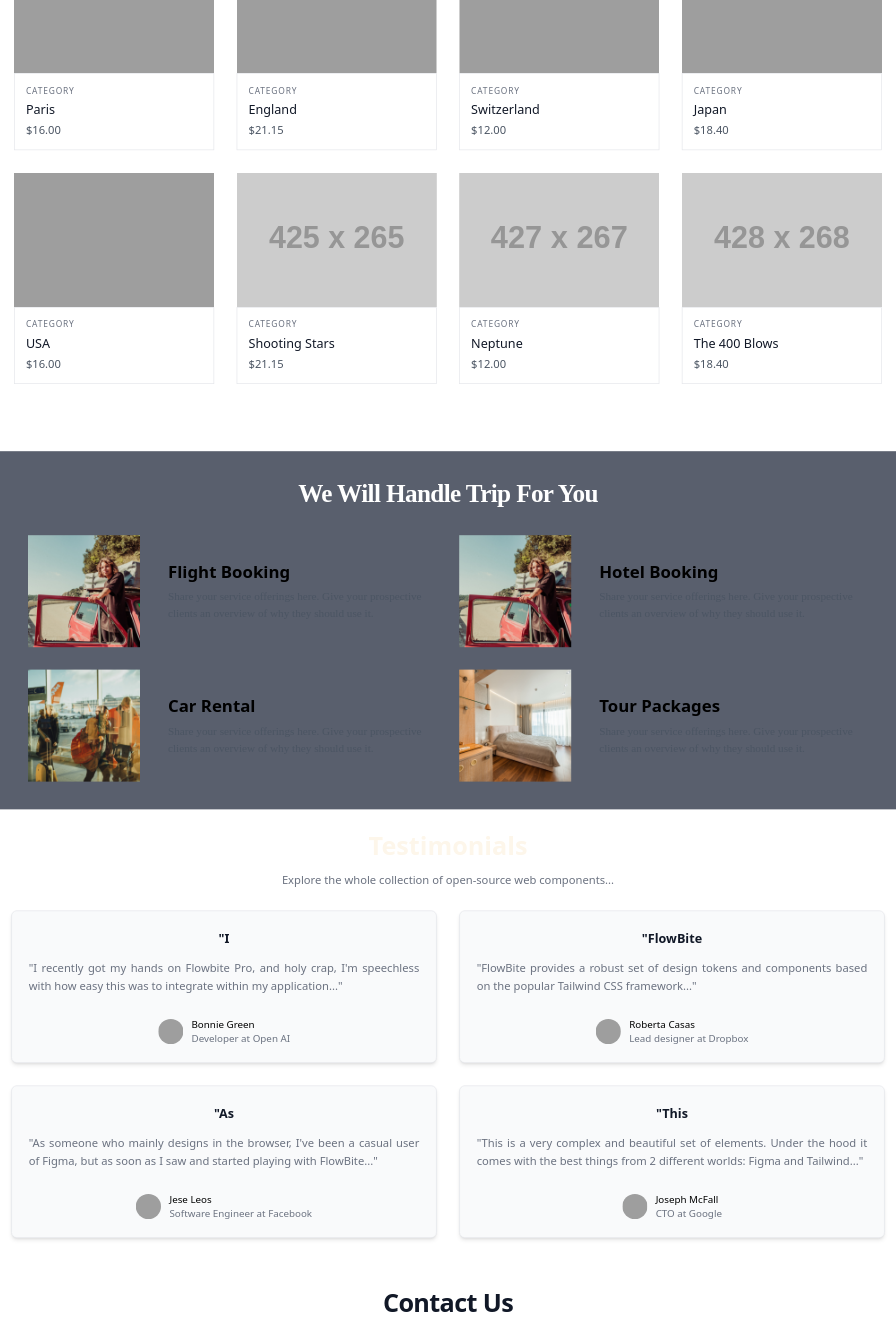
Repository: prabeshsitaula07/greatnepalholidays
Page: / (app in frontend/)
An editor plug-in stored every save of this project. The page is shown before and after the next save, followed by the edit.
The browser window is 1280 px wide. The pictures show the part of the page from y = 2012 to 3932 px (the page is 6713 px tall), at 70% of full size.
Pictures or frames that could not be fetched are drawn as grey boxes. Some web fonts or font styles are not loaded; a fallback is used. The project was rebuilt for these pictures with package versions that can differ from the ones it lists, and the page was loaded fresh each time. Also part of the build but not shown: frontend/vite.config.ts. Imported but missing from the stored project, and not drawn on this page: frontend/src/assets/bgvideo.mp4.

Above is the page before, as saved 2024-11-23 10:37:55.

### frontend/index.html
<!doctype html>
<html lang="en">
  <head>
    <meta charset="UTF-8" />
    <link rel="icon" type="image/svg+xml" href="/icon.png" />
    <meta name="viewport" content="width=device-width, initial-scale=1.0" />
    <title>Vite + React + TS</title>
  </head>
  <body>
    <div id="root"></div>
    <script type="module" src="/src/main.tsx"></script>
  </body>
</html>

### frontend/src/index.css
@import url('https://fonts.googleapis.com/css2?family=Arima:wght@100..700&family=Parkinsans:wght@300..800&display=swap');

@tailwind base;
@tailwind components;
@tailwind utilities;

### frontend/src/App.tsx
import { BrowserRouter as Router, Routes, Route } from 'react-router-dom';
import Navbar from "./components/Navbar/Navbar";
import Home from "./components/Home/Home";
// import About from "./components/About/About"; // Example of another page
import Footer from "./components/Footer/Footer"; // Assuming you have a Footer component

export default function App() {
  return (
    <Router>
      <Navbar />  {/* Navbar is always visible */}
      <Routes>
        <Route path="/" element={<Home />} />
      </Routes>
      <Footer />
    </Router>
  );
}

### frontend/src/components/Navbar/Navbar.tsx
import { Link } from 'react-router-dom';
import { useState, useEffect } from 'react';
import { FaPhone, FaEnvelope } from 'react-icons/fa';
import logo1 from '../../assets/logo1.png';
import logo2 from '../../assets/logo2.png';

export default function Navbar() {
    const [isScrolled, setIsScrolled] = useState(false);

    // Detect scroll and update navbar background and position
    useEffect(() => {
        const handleScroll = () => {
            if (window.scrollY > 50) {
                setIsScrolled(true);  // Fix the navbar to the top when scrolled past 50px
            } else {
                setIsScrolled(false); // Keep the navbar in normal flow when at the top
            }
        };

        window.addEventListener('scroll', handleScroll);

        // Clean up the event listener on component unmount
        return () => {
            window.removeEventListener('scroll', handleScroll);
        };
    }, []);

    return (
        <>
            <div className='w-full bg-darktheme flex gap-10 px-10 py-2'>
                <span className='text-white flex items-center'>
                    <FaPhone className="mr-2" /> 0988848484
                </span>
                <span className='text-white flex items-center'>
                    <FaEnvelope className="mr-2" /> xyz@gmail.com
                </span>
            </div>

            <header
                className={`text-black body-font w-full z-20 transition-all duration-300 ${isScrolled ? 'fixed top-0 bg-white shadow-md' : 'bg-[#2f3c5ae8] text-white'}`}
            >

                <div className="container mx-auto flex flex-wrap p-5 flex-col md:flex-row items-center">
                    <div className="flex title-font font-medium items-center mb-4 md:mb-0 gap-10">
                        <Link to='/'>
                            <img src={logo1} alt="" className='h-14 w-auto' />
                        </Link>
                        <Link to='/'>
                            <img src={logo2} alt="" className='h-14 w-auto' />
                        </Link>
                    </div>
                    <nav className="md:ml-auto flex flex-wrap items-center justify-center text-lg">
                        <Link to='' className="mr-5 hover:text-orange">Home</Link>
                        <Link to='' className="mr-5 hover:text-orange">About Us</Link>
                        <Link to='' className="mr-5 hover:text-orange">Services</Link>
                        <Link to='' className="mr-5 hover:text-orange">Packages</Link>
                        <Link to='' className="mr-5 hover:text-orange">Activities</Link>
                        <Link to='' className="mr-5 hover:text-orange">Blogs</Link>
                    </nav>
                    <button className="inline-flex items-center text-primary bg-darkorange border border-darkorange py-1 px-3 focus:outline-none hover:bg-primary text-lg hover:text-darkorange rounded mt-4 md:mt-0">
                        Download Visa CheckList
                    </button>
                </div>
            </header>
        </>
    );
}

### frontend/src/components/Home/Home.tsx
import bgvideo from '../../assets/bgvideo.mp4';
import Contact from "../Contact/Contact";
import Gallery from "../Gallery/Gallery";
import InternationalPackage from "../Package/InternationalPackage";
import NepalPackage from "../Package/NepalPackage";
import TripHandling from '../Services/TripHandling';
import Team from "../Team/Team";
import Testimonial from "../Testimonial/Testimonial";

export default function Home() {
  return (
    <>
      <div className="relative w-full h-screen">
      {/* Video Background */}
      <video
        autoPlay
        loop
        muted
        className="absolute inset-0 w-full h-full object-cover"
      >
        <source
          src={bgvideo}
          type="video/mp4"
        />
        Your browser does not support the video tag.
      </video>

      {/* Dark Overlay */}
      <div
        className="absolute inset-0 bg-black opacity-50"
        style={{ backgroundColor: 'rgba(0, 0, 0, 0.5)' }} // Adjust opacity for darkness
      ></div>

      {/* Content over the video */}
      <div className="relative z-10 flex items-center justify-center w-full h-full">
        <h1 className="text-white text-6xl font-bold">Welcome to My Website</h1>
      </div>
    </div>
      <NepalPackage />
      <InternationalPackage />
      <TripHandling />
      <Testimonial />
      <Contact />
      <Team />
      <Gallery />

    </>
  )
}

### frontend/src/components/Contact/Contact.tsx
export default function Contact() {
    return (
        <>
            <section className="text-gray-600 body-font relative">
            <h2 className="mt-10 text-4xl tracking-tight font-extrabold text-gray-900 dark:text-black text-center">Contact Us</h2>
                <div className="container px-5 py-10 mx-auto flex sm:flex-nowrap flex-wrap">
                    <div className="lg:w-2/3 md:w-1/2 bg-gray-300 rounded-lg overflow-hidden sm:mr-10 p-10 flex items-end justify-start relative">
                        <iframe
                            width="100%"
                            height="100%"
                            className="absolute inset-0"
                            title="map"
                            src="https://www.google.com/maps/embed?pb=!1m18!1m12!1m3!1d3531.628177055184!2d85.32309027492384!3d27.72876432454742!2m3!1f0!2f0!3f0!3m2!1i1024!2i768!4f13.1!3m3!1m2!1s0x39eb193e98fea663%3A0x6a69a4b662ec372!2sGREAT%20NEPAL%20HOLIDAYS%20P.LTD!5e0!3m2!1sen!2snp!4v1732272072112!5m2!1sen!2snp"
                            style={{ filter: 'grayscale(1) contrast(1.2) opacity(0.4)' }}
                        ></iframe>
                        <div className="bg-white relative flex flex-wrap py-6 rounded shadow-md">
                            <div className="lg:w-1/2 px-6">
                                <h2 className="title-font font-semibold text-gray-900 tracking-widest text-xs">ADDRESS</h2>
                                <p className="mt-1">Photo booth tattooed prism, portland taiyaki hoodie neutra typewriter</p>
                            </div>
                            <div className="lg:w-1/2 px-6 mt-4 lg:mt-0">
                                <h2 className="title-font font-semibold text-gray-900 tracking-widest text-xs">EMAIL</h2>
                                <a className="text-indigo-500 leading-relaxed">example@email.com</a>
                                <h2 className="title-font font-semibold text-gray-900 tracking-widest text-xs mt-4">PHONE</h2>
                                <p className="leading-relaxed">123-456-7890</p>
                            </div>
                        </div>
                    </div>
                    <div className="lg:w-1/3 md:w-1/2 bg-white flex flex-col md:ml-auto w-full md:py-8 mt-8 md:mt-0">
                        <h2 className="text-gray-900 text-lg mb-1 font-medium title-font">Feedback</h2>
                        <p className="leading-relaxed mb-5 text-gray-600">Post-ironic portland shabby chic echo park, banjo fashion axe</p>
                        <div className="relative mb-4">
                            <label htmlFor="name" className="leading-7 text-sm text-gray-600">Name</label>
                            <input type="text" id="name" name="name" className="w-full bg-white rounded border border-gray-300 focus:border-darkorange focus:ring-2 focus:ring-darkorange text-base outline-none text-gray-700 py-1 px-3 leading-8 transition-colors duration-200 ease-in-out" />
                        </div>
                        <div className="relative mb-4">
                            <label htmlFor="email" className="leading-7 text-sm text-gray-600">Email</label>
                            <input type="email" id="email" name="email" className="w-full bg-white rounded border border-gray-300 focus:border-darkorange focus:ring-2 focus:ring-darkorange text-base outline-none text-gray-700 py-1 px-3 leading-8 transition-colors duration-200 ease-in-out" />
                        </div>
                        <div className="relative mb-4">
                            <label htmlFor="message" className="leading-7 text-sm text-gray-600">Message</label>
                            <textarea id="message" name="message" className="w-full bg-white rounded border border-gray-300 focus:border-darkorange focus:ring-2 focus:ring-darkorange h-32 text-base outline-none text-gray-700 py-1 px-3 resize-none leading-6 transition-colors duration-200 ease-in-out"></textarea>
                        </div>
                        <button className="bg-darkorange border border-darkorange text-primary py-2 px-6 focus:outline-none hover:text-darkorange hover:bg-primary rounded text-lg">Send</button>
                        <p className="text-xs text-gray-500 mt-3">Chicharrones blog helvetica normcore iceland tousled brook viral artisan.</p>
                    </div>
                </div>
            </section>
        </>
    )
}

### frontend/src/components/Gallery/Gallery.tsx
export default function Gallery() {
  return (
 <>
 <section className="text-gray-600 body-font">
 <h2 className="mt-10 text-4xl tracking-tight font-extrabold text-gray-900 dark:text-black text-center">Gallery</h2>
  <div className="container px-5 py-24 mx-auto flex flex-wrap">
    <div className="flex w-full mb-20 flex-wrap">
      <h1 className="sm:text-3xl text-2xl font-medium title-font text-gray-900 lg:w-1/3 lg:mb-0 mb-4">Master Cleanse Reliac Heirloom</h1>
      <p className="lg:pl-6 lg:w-2/3 mx-auto leading-relaxed text-base">Whatever cardigan tote bag tumblr hexagon brooklyn asymmetrical gentrify, subway tile poke farm-to-table. Franzen you probably haven't heard of them man bun deep jianbing selfies heirloom.</p>
    </div>
    <div className="flex flex-wrap md:-m-2 -m-1">
      <div className="flex flex-wrap w-1/2">
        <div className="md:p-2 p-1 w-1/2">
          <img alt="gallery" className="w-full object-cover h-full object-center block" src="https://dummyimage.com/500x300" />
        </div>
        <div className="md:p-2 p-1 w-1/2">
          <img alt="gallery" className="w-full object-cover h-full object-center block" src="https://dummyimage.com/501x301" />
        </div>
        <div className="md:p-2 p-1 w-full">
          <img alt="gallery" className="w-full h-full object-cover object-center block" src="https://dummyimage.com/600x360" />
        </div>
      </div>
      <div className="flex flex-wrap w-1/2">
        <div className="md:p-2 p-1 w-full">
          <img alt="gallery" className="w-full h-full object-cover object-center block" src="https://dummyimage.com/601x361" />
        </div>
        <div className="md:p-2 p-1 w-1/2">
          <img alt="gallery" className="w-full object-cover h-full object-center block" src="https://dummyimage.com/502x302" />
        </div>
        <div className="md:p-2 p-1 w-1/2">
          <img alt="gallery" className="w-full object-cover h-full object-center block" src="https://dummyimage.com/503x303" />
        </div>
      </div>
    </div>
  </div>
</section>
 </>
  )
}

### frontend/src/components/Package/InternationalPackage.tsx
export default function InternationalPackage() {
  const packages = [
    { imgSrc: "https://cdn.pixabay.com/photo/2015/10/06/18/26/eiffel-tower-975004_1280.jpg", category: "CATEGORY", title: "Paris", price: "$16.00" },
    { imgSrc: "https://cdn.pixabay.com/photo/2019/04/09/05/36/england-4113666_1280.jpg", category: "CATEGORY", title: "England", price: "$21.15" },
    { imgSrc: "https://cdn.pixabay.com/photo/2023/11/16/05/02/mountains-8391433_640.jpg", category: "CATEGORY", title: "Switzerland", price: "$12.00" },
    { imgSrc: "https://cdn.pixabay.com/photo/2020/08/10/01/28/castle-5476737_640.jpg", category: "CATEGORY", title: "Japan", price: "$18.40" },
    { imgSrc: "https://cdn.pixabay.com/photo/2023/10/18/00/59/mountain-8322610_640.jpg", category: "CATEGORY", title: "USA", price: "$16.00" },
    { imgSrc: "https://dummyimage.com/425x265", category: "CATEGORY", title: "Shooting Stars", price: "$21.15" },
    { imgSrc: "https://dummyimage.com/427x267", category: "CATEGORY", title: "Neptune", price: "$12.00" },
    { imgSrc: "https://dummyimage.com/428x268", category: "CATEGORY", title: "The 400 Blows", price: "$18.40" },
  ];

  return (
    <section className="text-gray-600 body-font">
      <h2 className="my-4 text-4xl tracking-tight font-extrabold text-gray-900 dark:text-black text-center">International Packages</h2>
      <div className="container px-5 py-24 mx-auto">
        <div className="flex flex-wrap -m-4">
          {packages.map((pkg, index) => (
            <div key={index} className="lg:w-1/4 md:w-1/2 p-4 w-full">
              <a className="block relative h-48 overflow-hidden">
                <img alt={pkg.title} className="object-cover object-center w-full h-full block" src={pkg.imgSrc} />
              </a>
              <div className="p-4 border">
                <h3 className="text-gray-500 text-xs tracking-widest title-font mb-1">{pkg.category}</h3>
                <h2 className="text-gray-900 title-font text-lg font-medium">{pkg.title}</h2>
                <p className="mt-1">{pkg.price}</p>
              </div>
            </div>
          ))}
        </div>
      </div>
    </section>
  );
}

### frontend/src/components/Package/NepalPackage.tsx
export default function NepalPackage() {
  const packages = [
    { imgSrc: "https://dummyimage.com/420x260", category: "CATEGORY", title: "The Catalyzer", price: "$16.00" },
    { imgSrc: "https://dummyimage.com/421x261", category: "CATEGORY", title: "Shooting Stars", price: "$21.15" },
    { imgSrc: "https://dummyimage.com/422x262", category: "CATEGORY", title: "Neptune", price: "$12.00" },
    { imgSrc: "https://dummyimage.com/423x263", category: "CATEGORY", title: "The 400 Blows", price: "$18.40" },
    { imgSrc: "https://dummyimage.com/424x264", category: "CATEGORY", title: "The Catalyzer", price: "$16.00" },
    { imgSrc: "https://dummyimage.com/425x265", category: "CATEGORY", title: "Shooting Stars", price: "$21.15" },
    { imgSrc: "https://dummyimage.com/427x267", category: "CATEGORY", title: "Neptune", price: "$12.00" },
    { imgSrc: "https://dummyimage.com/428x268", category: "CATEGORY", title: "The 400 Blows", price: "$18.40" },
  ];

  return (
    <section className="text-gray-600 body-font">
      <h2 className="my-4 text-4xl tracking-tight font-extrabold text-gray-900 dark:text-black text-center">Nepal Packages</h2>
      <div className="container px-5 py-24 mx-auto">
        <div className="flex flex-wrap -m-4">
          {packages.map((pkg, index) => (
            <div key={index} className="lg:w-1/4 md:w-1/2 p-4 w-full">
              <a className="block relative h-48 overflow-hidden">
                <img alt={pkg.title} className="object-cover object-center w-full h-full block" src={pkg.imgSrc} />
              </a>
              <div className="p-4 border">
                <h3 className="text-gray-500 text-xs tracking-widest title-font mb-1">{pkg.category}</h3>
                <h2 className="text-gray-900 title-font text-lg font-medium">{pkg.title}</h2>
                <p className="mt-1">{pkg.price}</p>
              </div>
            </div>
          ))}
        </div>
      </div>
    </section>
  );
}

### frontend/src/components/Services/TripHandling.tsx
import img2 from '../../assets/2.png';
import img3 from '../../assets/3.png';
import img4 from '../../assets/4.png';

export default function TripHandling() {
    const services = [
      { title: "Flight Booking", imgSrc: img2, description: "Share your service offerings here. Give your prospective clients an overview of why they should use it." },
      { title: "Hotel Booking", imgSrc: img2, description: "Share your service offerings here. Give your prospective clients an overview of why they should use it." },
      { title: "Car Rental", imgSrc: img3, description: "Share your service offerings here. Give your prospective clients an overview of why they should use it." },
      { title: "Tour Packages", imgSrc: img4, description: "Share your service offerings here. Give your prospective clients an overview of why they should use it." },
    ];

    return (
      <div className="bg-navbarbg h-fit flex justify-center flex-col items-center p-10">
          <h2 className="mb-10 text-4xl tracking-tight font-extrabold text-white text-center font-parkinsans">We Will Handle Trip For You</h2>
          <div className="grid grid-cols-2 gap-8">
              {services.map((service, index) => (
                <div key={index} className="flex gap-10 items-center">
                  <img className="h-40 w-40" src={service.imgSrc} alt={service.title} />
                  <div>
                      <h3 className="font-semibold pb-2 text-2xl">{service.title}</h3>
                      <p className="font-parkinsans text-gray-600">{service.description}</p>
                  </div>
                </div>
              ))}
          </div>
      </div>
    );
  }

### frontend/src/components/Testimonial/Testimonial.tsx
export default function Testimonial() {
    const testimonials = [
      {
        name: "Bonnie Green",
        title: "Developer at Open AI",
        image: "https://flowbite.s3.amazonaws.com/blocks/marketing-ui/avatars/karen-nelson.png",
        quote: `"I recently got my hands on Flowbite Pro, and holy crap, I'm speechless with how easy this was to integrate within my application..."`,
      },
      {
        name: "Roberta Casas",
        title: "Lead designer at Dropbox",
        image: "https://flowbite.s3.amazonaws.com/blocks/marketing-ui/avatars/roberta-casas.png",
        quote: `"FlowBite provides a robust set of design tokens and components based on the popular Tailwind CSS framework..."`,
      },
      {
        name: "Jese Leos",
        title: "Software Engineer at Facebook",
        image: "https://flowbite.s3.amazonaws.com/blocks/marketing-ui/avatars/jese-leos.png",
        quote: `"As someone who mainly designs in the browser, I've been a casual user of Figma, but as soon as I saw and started playing with FlowBite..."`,
      },
      {
        name: "Joseph McFall",
        title: "CTO at Google",
        image: "https://flowbite.s3.amazonaws.com/blocks/marketing-ui/avatars/joseph-mcfall.png",
        quote: `"This is a very complex and beautiful set of elements. Under the hood it comes with the best things from 2 different worlds: Figma and Tailwind..."`,
      },
    ];

    return (
      <section className="bg-white py-8 px-4 m-auto max-w-screen-xl text-center">
        <h2 className="mb-4 text-4xl font-extrabold text-primary dark:text-black">Testimonials</h2>
        <p className="mb-8 text-gray-500 dark:text-gray-400">Explore the whole collection of open-source web components...</p>
        <div className="grid gap-8 lg:grid-cols-2">
          {testimonials.map(({ name, title, image, quote }, index) => (
            <div
              key={index}
              className="flex flex-col justify-between items-center p-6 border rounded-lg bg-gray-50 shadow-md dark:bg-gray-800 dark:border-gray-700 dark:shadow-lg"
            >
              <blockquote className="mb-4 text-gray-500 dark:text-gray-400">
                <h3 className="text-lg font-semibold text-gray-900 dark:text-white">{quote.split(" ")[0]}</h3>
                <p className="my-4 text-justify leading-relaxed">{quote}</p>
              </blockquote>
              <figcaption className="flex justify-center items-center space-x-3">
                <img className="w-9 h-9 rounded-full" src={image} alt={`${name} profile`} />
                <div className="text-left text-sm font-light dark:text-white">
                  <div>{name}</div>
                  <div className="text-sm text-gray-500 dark:text-gray-400">{title}</div>
                </div>
              </figcaption>
            </div>
          ))}
        </div>
      </section>
    );
  }

Loaded but not shown: frontend/src/main.tsx (common file); frontend/tailwind.config.js (21 lines, source omitted); frontend/src/components/Footer/Footer.tsx (125 lines, source omitted); frontend/src/components/Team/Team.tsx (102 lines, source omitted)

After the next save:
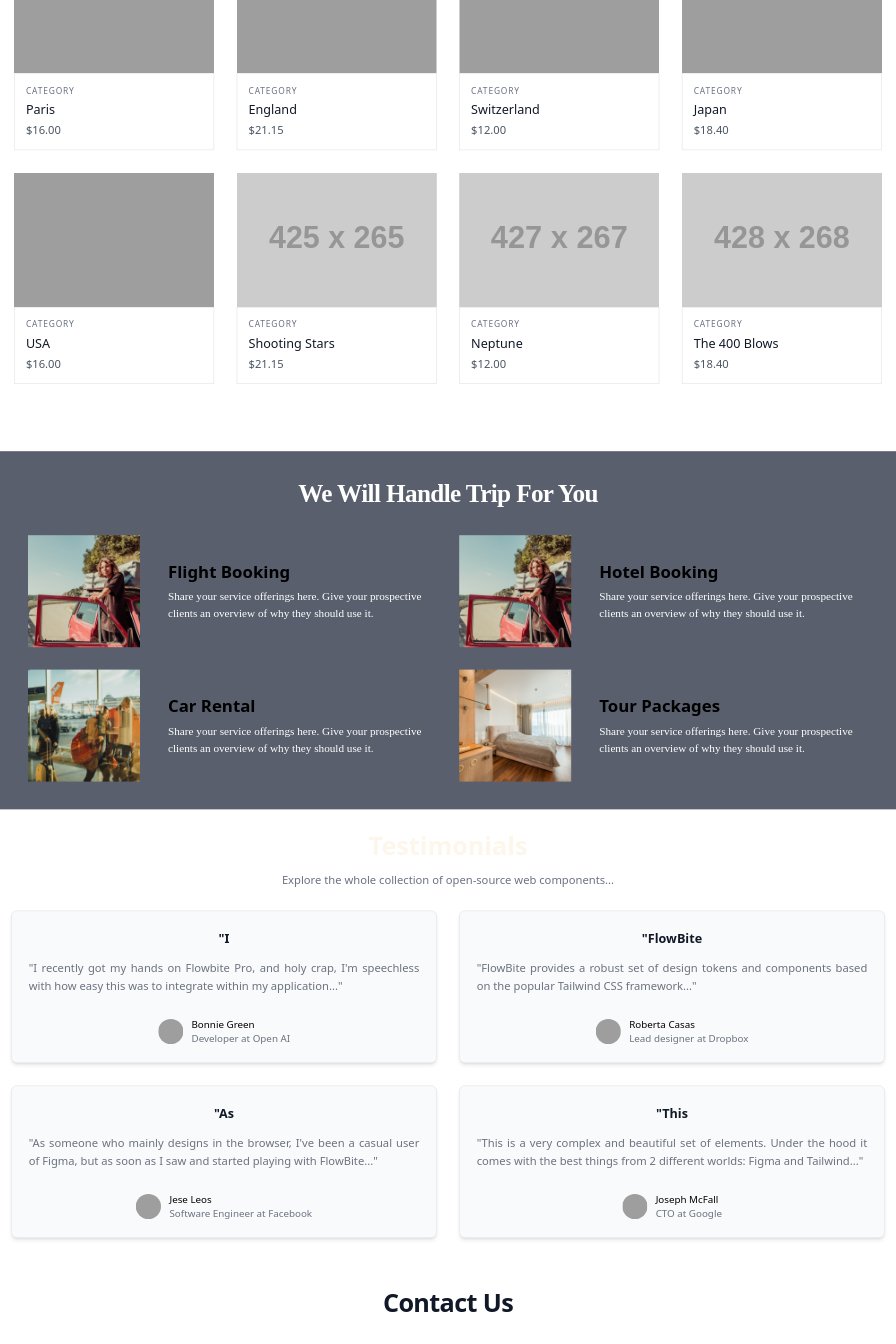
Saved 7 s later.
--- a/frontend/src/components/Services/TripHandling.tsx
+++ b/frontend/src/components/Services/TripHandling.tsx
@@ -19,7 +19,7 @@ export default function TripHandling() {
                   <img className="h-40 w-40" src={service.imgSrc} alt={service.title} />
                   <div>
                       <h3 className="font-semibold pb-2 text-2xl">{service.title}</h3>
-                      <p className="font-parkinsans text-gray-600">{service.description}</p>
+                      <p className="font-parkinsans text-white">{service.description}</p>
                   </div>
                 </div>
               ))}
